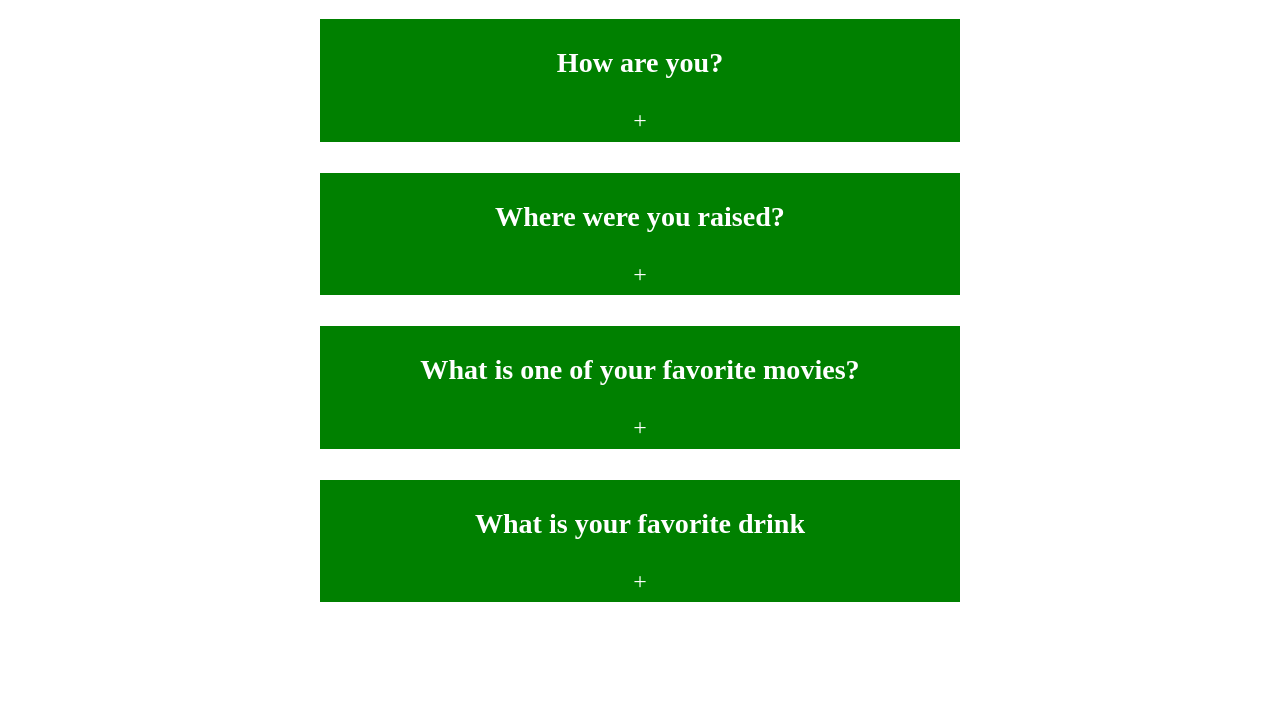
Repository: kosenijr/react-projects
Page: / (app in accordion/)
The author's editor kept a copy of each file at every save. The page is drawn from the files as they stood at one save, then again after the next save.
The browser window is 1280 px wide. The pictures show the whole page.
The project was rebuilt for these pictures with package versions that can differ from the ones it lists, and the page was loaded fresh each time.

Above is the page before, as saved 2024-03-02 22:44:36.

### accordion/src/App.js
import React from "react";
import "./App.css";
import Accordion from "./components/Accordion";

function App() {
  return (
    <div className="App">
      <Accordion />
    </div>
  );
}

export default App;

### accordion/src/components/Accordion.js
import React, { useState } from "react";
import "../styles/Accordion.css";
import data from "../data";

function Accordion() {
  // setting up useState
  const [selected, setSelected] = useState(null);
  // setting up handling
  const handleSingleSelection = (getCurrentId) => {
    console.log(selected, getCurrentId);
    // setSelected(getCurrentId === selected ? null : getCurrentId); // keep add condition for closure
    setSelected(selected !== getCurrentId ? getCurrentId : null)
  };

  return (
    <div className="wrapper">
      {/* single selection accordion */}
      <div className="accordion">
        {data && data.length > 0 ? (
          data.map((dataItem) => (
            <div className="item" key={dataItem.id}>
              {" "}
              {/* always remember to add key */}
              <div
                className="title"
                onClick={() => handleSingleSelection(dataItem.id)}
              >
                <h3>{dataItem.question}</h3>
                <span>+</span>
              </div>
              {selected === dataItem.id ? (
                <div className="content ">{dataItem.answer}</div>
              ) : null}
            </div>
          ))
        ) : (
          <div>No data found!</div>
        )}
      </div>
    </div>
  );
}

export default Accordion;

### accordion/src/styles/Accordion.css
.wrapper {
  height: 100vh;
  width: 100vw
}
.accordion {
  color: white;
}

.item {
  background-color: green;
  font-size: 1.5em;
  font-family: "Raleway", "Times New Roman";
  margin: 1vh auto;
  padding-bottom: 1vh;
  width: 50vw;
  border: 0.5em solid white
}

.content {
  font-size: 1.2em;
  font-family:  "Raleway", "Times New Roman";
  font-weight: 700;
}

### accordion/src/data.js
const data = [
  {
    id: 1,
    question: "How are you?",
    answer: "I am well!",
  },

  {
    id: 2,
    question: "Where were you raised?",
    answer: "I was raised in Queens.",
  },

  {
    id: 3,
    question: "What is one of your favorite movies?",
    answer: "Harlem Nights",
  },

  {
    id: 4,
    question: "What is your favorite drink",
    answer: "Water",
  },
];

export default data;

Loaded but not shown: accordion/public/index.html (common file); accordion/src/index.js (common file); accordion/src/index.css (common file); accordion/src/reportWebVitals.js (common file); accordion/src/App.css (common file)

After the next save:
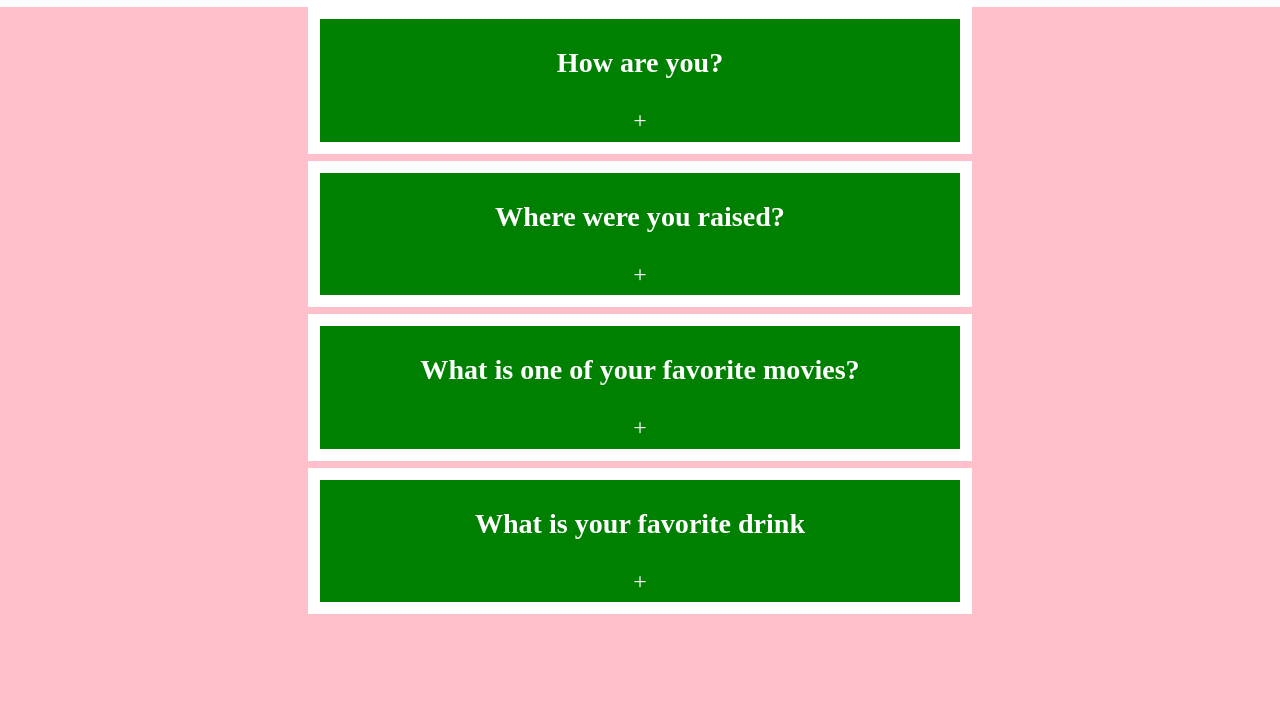
Saved 19 s later.
--- a/accordion/src/styles/Accordion.css
+++ b/accordion/src/styles/Accordion.css
@@ -1,6 +1,7 @@
 .wrapper {
   height: 100vh;
-  width: 100vw
+  width: 100vw;
+  background-color: pink
 }
 .accordion {
   color: white;
